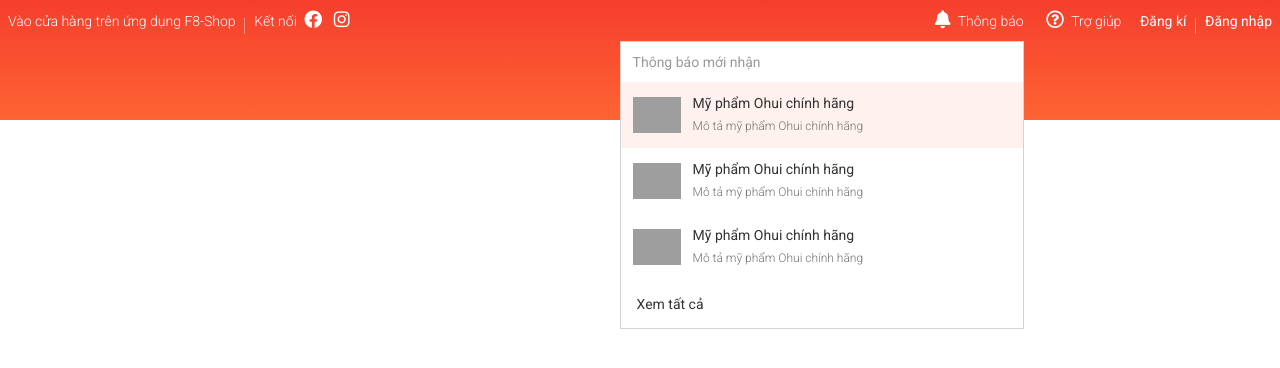
Repository: phunobi1807/shopee
Page: index.html
These files come from the project's save history. The page is drawn as it stood at one moment and after the next save; the edit follows.
The browser window is 1280 px wide. The pictures show the whole page.
Pictures or frames that could not be fetched are drawn as grey boxes.

Above is the page before, as saved 2021-06-13 12:30:21.

### index.html
<!DOCTYPE html>
<html lang="en">

<head>
    <meta charset="UTF-8">
    <meta http-equiv="X-UA-Compatible" content="IE=edge">
    <meta name="viewport" content="width=device-width, initial-scale=1.0">
    <title>Document</title>
    <link rel="stylesheet" href="https://cdnjs.cloudflare.com/ajax/libs/normalize/8.0.1/normalize.min.css">
    <link rel="stylesheet" href="./assets/css/base.css">
    <link rel="stylesheet" href="./assets/css/main.css">
    <link rel="stylesheet"
        href="./assets/fonts/fontawesome-free-5.15.3-web/fontawesome-free-5.15.3-web/css/all.min.css">
    <link rel="preconnect" href="https://fonts.gstatic.com">
    <link href="https://fonts.googleapis.com/css2?family=Roboto:wght@300;400;500&display=swap" rel="stylesheet">
</head>

<body>
    <div class="app">
        <header class="header">
            <div class="grid">
                <nav class="header__navbar">
                    <ul class="header__navbar-list">
                        <li class="header__navbar-item header__navbar-item--has-qr header__navbar-item--separate">
                            Vào cửa hàng trên ứng dụng F8-Shop
                            <div class="header__qr">
                                <img src="./assets/img/QR_code.png" alt="QR code" class="header__qr-img">
                                <div class="header__qr-apps">
                                    <a href="" class="header__qr-link">
                                        <img src="./assets/img/app_store.png" alt="Google Play"
                                            class="header__qr-download-img">
                                    </a>
                                    <a href="" class="header__qr-link">
                                        <img src="./assets/img/gg_play.png" alt="App Store"
                                            class="header__qr-download-img">
                                    </a>
                                </div>
                            </div>
                        </li>
                        <li class="header__navbar-item">
                            <span class="header__navbar-title--no-pointer">Kết nối</span>
                            <a href="" class="header__navbar-icon-link">
                                <i class="header__navbar-icon fab fa-facebook"></i>
                            </a>
                            <a href="" class="header__navbar-icon-link">
                                <i class="header__navbar-icon fab fa-instagram"></i>
                            </a>
                        </li>
                    </ul>
                    <ul class="header__navbar-list">
                        <li class="header__navbar-item">
                            <a href="" class="header__navbar-item-link">
                                <i class="header__navbar-icon fas fa-bell"></i>
                                Thông báo
                            </a>
                            <div class="header__notify">
                                <header class="header__notify-header">
                                    <h3>Thông báo mới nhận</h3>
                                </header>
                                <ul class="header__notify-list">
                                    <li class="header__notify-item header__notify-item-viewed">
                                        <a href="" class="header__notify-link">
                                            <img src="https://cf.shopee.vn/file/5fbf9049e4439e01d27d8f14388c46f8_tn" alt="" class="header__notify-img">
                                            <div class="header__notify-info">
                                                <span class="header__notify-name">Mỹ phẩm Ohui chính hãng</span>
                                                <span class="header__notify-description">Mô tả mỹ phẩm Ohui chính
                                                    hãng</span>
                                            </div>
                                        </a>
                                    </li>
                                    <li class="header__notify-item">
                                        <a href="" class="header__notify-link">
                                            <img src="https://cf.shopee.vn/file/5fbf9049e4439e01d27d8f14388c46f8_tn" alt="" class="header__notify-img">
                                            <div class="header__notify-info">
                                                <span class="header__notify-name">Mỹ phẩm Ohui chính hãng</span>
                                                <span class="header__notify-description">Mô tả mỹ phẩm Ohui chính
                                                    hãng</span>
                                            </div>
                                        </a>
                                    </li>
                                    <li class="header__notify-item ">
                                        <a href="" class="header__notify-link">
                                            <img src="https://cf.shopee.vn/file/5fbf9049e4439e01d27d8f14388c46f8_tn" alt="" class="header__notify-img">
                                            <div class="header__notify-info">
                                                <span class="header__notify-name">Mỹ phẩm Ohui chính hãng</span>
                                                <span class="header__notify-description">Mô tả mỹ phẩm Ohui chính
                                                    hãng</span>
                                            </div>
                                        </a>
                                    </li>
                                </ul>
                                <footer class="header__notify-footer">
                                    <a href="" class="header__notify-footer-btn">Xem tất cả</a>
                                </footer>
                            </div>
                        </li>
                        <li class="header__navbar-item">
                            <a href="" class="header__navbar-item-link">
                                <i class="header__navbar-icon far fa-question-circle"></i>
                                Trợ giúp
                            </a>
                        </li>
                        <li class="header__navbar-item header__navbar-item--strong header__navbar-item--separate">Đăng
                            kí</li>
                        <li class="header__navbar-item header__navbar-item--strong">Đăng nhập</li>
                    </ul>
                </nav>
            </div>
        </header>
        <div class="container">

        </div>
        <footer class="footer">

        </footer>
    </div>
</body>

</html>

### assets/css/base.css
:root
{
    --primary-color:#ee4d2d;
    --white-color: #fff;
    --black-color: #000;
    --text-color: #333;
}

*
{
    box-sizing: inherit;
}

html
{
    /* 10px */
    font-size: 62.5%;
    line-height: 1.6rem;
    font-family: 'Roboto', sans-serif;
    box-sizing: border-box;
}

.grid
{
    width: 1850px;
    max-width: 100%;
    margin: 0 auto;
}

.grid__full-width
{
    width: 100%;
}

.grid__row
{
    display: flex;
    flex-wrap: wrap;
}
/* Animation */
@keyframes fadeIn
{
    from
    {
        opacity: 0;
    }
    to
    {
        opacity: 1;
    }
}

### assets/css/main.css
.header
{
    height: 120px;
    background-image: linear-gradient(0, #fe6433, #f53e2d);
}
.header__navbar
{
    display: flex;
    justify-content: space-between;
}
.header__navbar-list
{
    list-style: none;
    padding-left: 0;
}
.header__navbar-item
{
    position: relative;
    margin: 0px 8px;
    min-height: 26px;
}
.header__navbar-item--has-qr:hover .header__qr
{
    display: block;
}
.header__navbar-item,
.header__navbar-item-link
{
    display: inline-block;
    font-size: 1.4rem;
    color: var(--white-color);
    text-decoration: none;
    font-weight: 300;
}
.header__navbar-item:hover,
.header__navbar-icon-link:hover,
.header__navbar-item-link:hover
{
    color: rgba(255, 255, 255, 0.7);
    cursor: pointer;
}
.header__navbar-item--strong
{
    font-weight: 400;
}
.header__navbar-item--separate::after
{
    content: "";
    display: block;
    position: absolute;
    border-left: 1px solid #FB9086;
    height: 16px;
    right: -9px;
    top: 50%;
    transform: translateY(-50%);
}

.header__navbar-icon-link
{
    color: var(--white-color);
    text-decoration: none;
}
.header__navbar-icon
{
    font-size: 1.8rem;
    margin: 0px 4px;

}
.header__navbar-title--no-pointer
{
    cursor: text;
    color: var(--white-color);
}
/* Header QR code  */
.header__qr
{
    background-color: var(--white-color);
    width: 186px;
    position: absolute;
    left: 0;
    top: 118%;
    padding: 8px;
    border-radius: 2px;
    display: none;
    animation:  fadeIn ease-in 0.3s;

}
.header__qr::before
{
    position: absolute;
    left: 0;
    top: -16px;
    width: 100%;
    height: 20px;
    content: "";
    display: block;

}
.header__qr-img
{
width: 100%;
}
.header__qr-apps
{
    display: flex;
    justify-content: space-between;
}
.header__qr-link:nth-child(1)
{
    margin-left: 11px;
}
.header__qr-link:nth-child(2)
{
    margin-right: 11px;
}
.header__qr-download-img
{
    height: 15px;
}

/* Header notification  */
.header__notify
{
    position: absolute;
    top: 118%;
    right: 0;
    width: 404px;
    border: 1px solid #D3D3D3;
    background-color: var(--white-color);
}
.header__notify-header
{
    height: 40px;
    background-color: var(--white-color);
}
.header__notify-header h3
{
    color: #999;
    margin: 0 0 0 12px;
    font-weight: 400;
    font-size: 1.4rem;
    line-height: 40px;
}
.header__notify-list
{
    padding-left: 0;
}
.header__notify-item
{
   display: flex;
}
.header__notify-item:hover
{
    background-color: #f7f7f7;
}
.header__notify-item-viewed
{
    background-color: rgba(238, 77, 45, 0.08);
}
.header__notify-link
{
    display: flex;
    width: 100%;
    padding: 12px;
    text-decoration: none;

}
.header__notify-img
{
    width: 48px;
    object-fit: contain;
}
.header__notify-info
{
    margin-left: 12px;
}

.header__notify-name
{
    display: block;
    font-size: 1.4rem;
    color: var(--text-color);
    font-weight: 400;
    line-height: 1.8rem;
}
.header__notify-description
{
display: block;
font-size: 1.2rem;
line-height: 2rem;
color: #756F6E;
margin-top: 4px;
}
.header__notify-footer
{
    display: flex;
    margin: auto;
}
.header__notify-footer-btn
{
    text-decoration: none;
    color: var(--text-color);
    padding: 16px 16px;
    font-size: 1.4rem;
    font-weight: 400;
}

Loaded but not shown: assets/fonts/fontawesome-free-5.15.3-web/fontawesome-free-5.15.3-web/css/all.min.css (library)

After the next save:
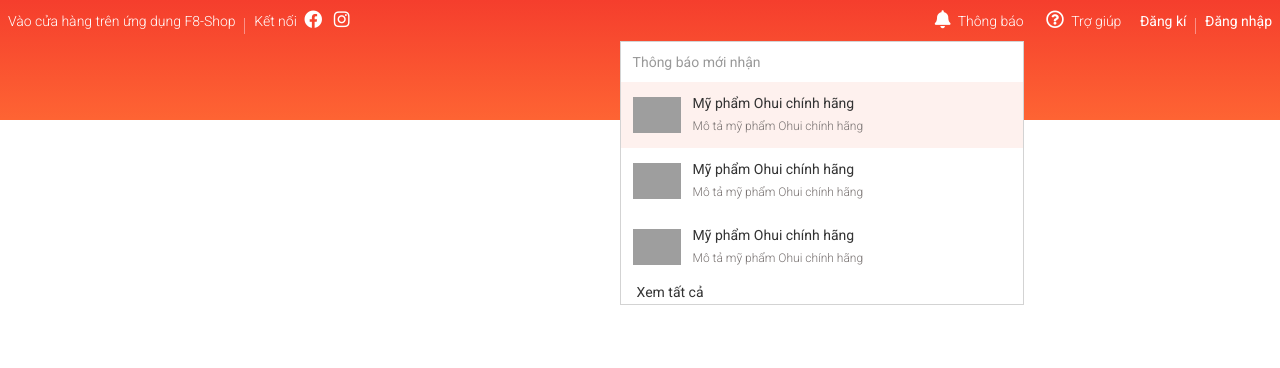
Saved 25 s later.
--- a/assets/css/main.css
+++ b/assets/css/main.css
@@ -200,7 +200,7 @@
 {
     text-decoration: none;
     color: var(--text-color);
-    padding: 16px 16px;
-    font-size: 1.4rem;
-    font-weight: 400;
-}
+    padding: 4px 16px;
+    font-size: 1.4rem;
+    font-weight: 400;
+}
